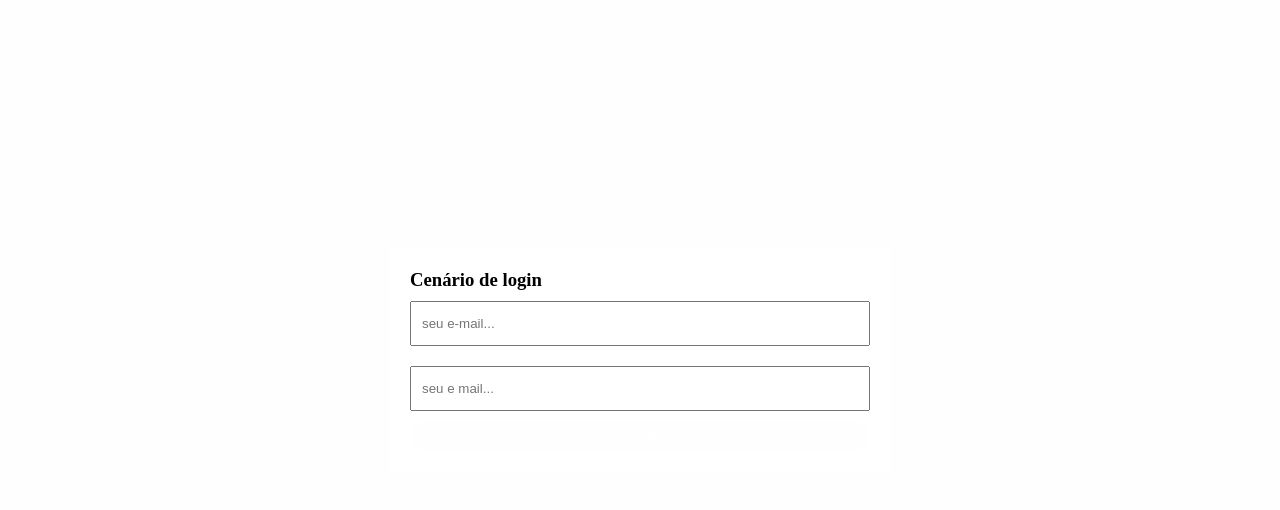
Repository: josceno/Sistema-para-controle-de-experimenta-o-animal
Page: index.html
An editor plug-in stored every save of this project. The page is shown before and after the next save, followed by the edit.
The browser window is 1280 px wide. The pictures show the whole page.

Above is the page before, as saved 2021-09-13 15:53:38.

After the next save:
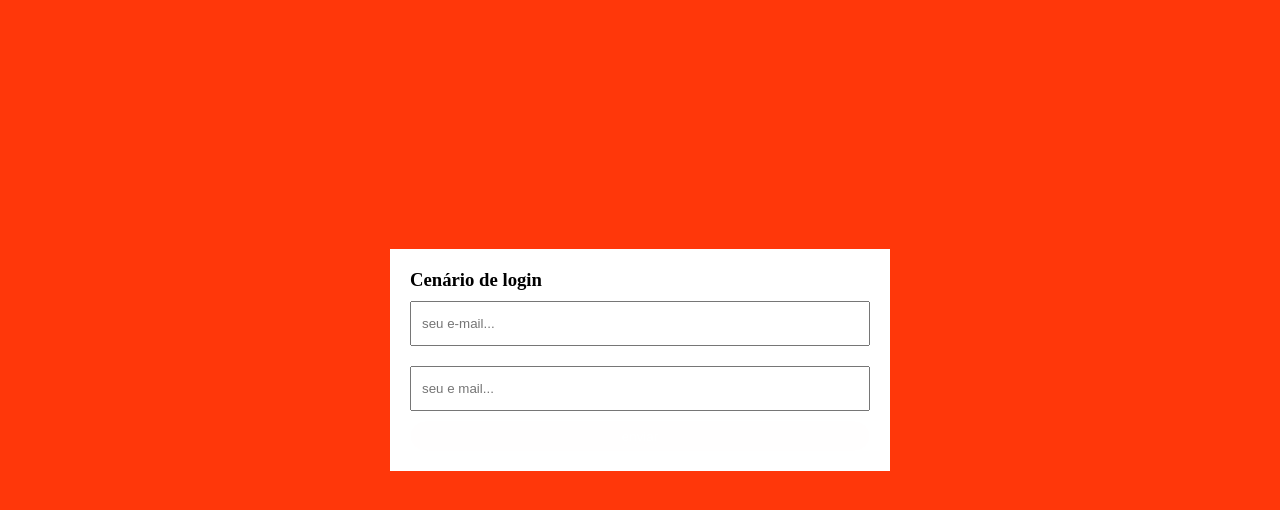
Saved 85 s later.
--- a/index.html
+++ b/index.html
@@ -7,7 +7,7 @@
         *{margin:0; padding:0;box-sizing: border-box;}
         body
         {
-            background-color: #FF3B1101;
+            background-color: #ff2f00f5;
         }
         form
         {
